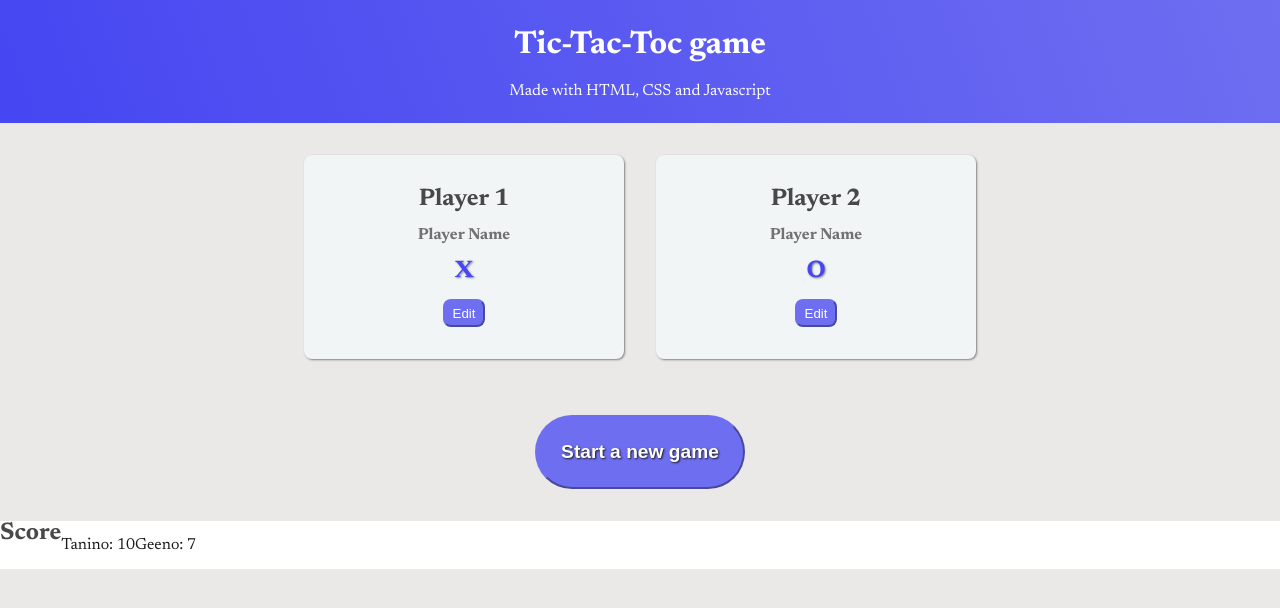
Repository: MicTomm/Tic-tac-toe-game
Page: index.html
An editor plug-in stored every save of this project. The page is shown before and after the next save, followed by the edit.
The browser window is 1280 px wide. The pictures show the whole page.

Above is the page before, as saved 2023-06-26 19:09:17.

After the next save:
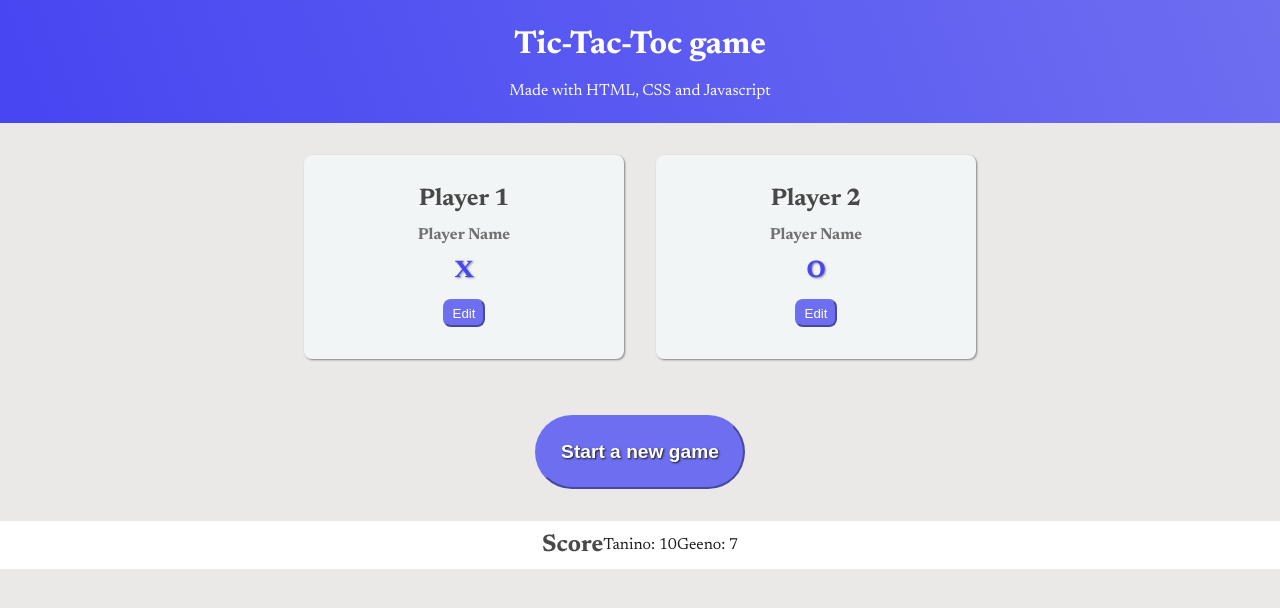
Saved 27 s later.
--- a/styles/game-execution.css
+++ b/styles/game-execution.css
@@ -70,7 +70,8 @@
 }
 
 #score-container{
-    text-align: center;
     display: flex;
+    justify-content: center;
+    align-items: center;
     background-color: white;
 }
